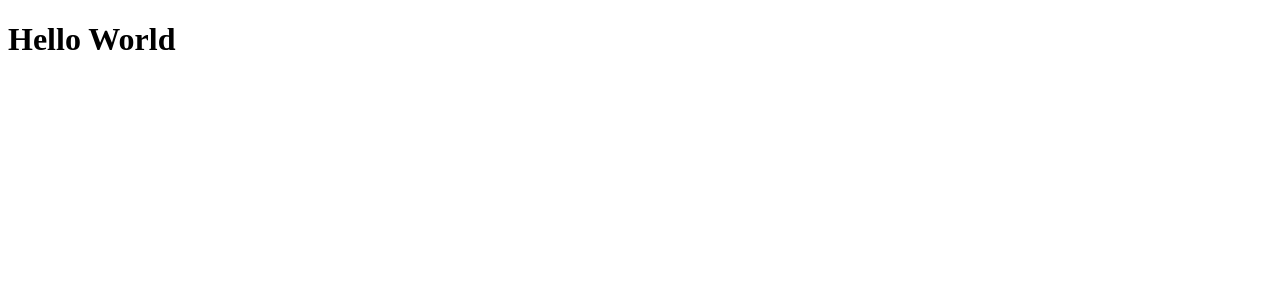
Repository: NancyKoenig/AnyName
Page: index.html
The author's editor kept a record of every edit. The page is drawn from the files as they stood at one moment, then again after the next edit.
The browser window is 1280 px wide. The pictures show the whole page.

Above is the page before.

### index.html
<!DOCTYPE html>
<html lang="en">
<head>
    <meta charset="UTF-8">
    <meta name="viewport" content="width=device-width, initial-scale=1.0">
    <meta http-equiv="X-UA-Compatible" content="ie=edge">
    <title>Document</title>
</head>
<body>
    <h1>Hello World</h1>
</body>
</html>

### css/style.css
h1 {
    color:  blue;
}
h2 {
    color: red;
}

After the next edit:
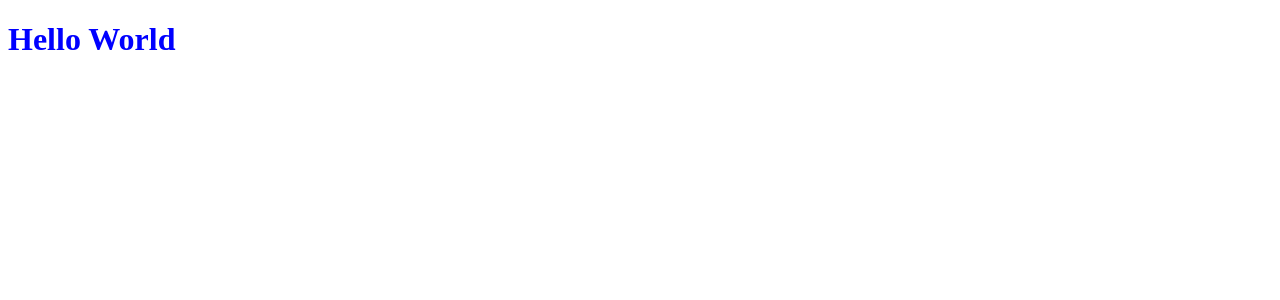
The edit:
--- a/index.html
+++ b/index.html
@@ -4,7 +4,8 @@
     <meta charset="UTF-8">
     <meta name="viewport" content="width=device-width, initial-scale=1.0">
     <meta http-equiv="X-UA-Compatible" content="ie=edge">
-    <title>Document</title>
+    <link rel="stylesheet" href="css/style.css" type="text/css" />
+    <title>Hello</title>
 </head>
 <body>
     <h1>Hello World</h1>
